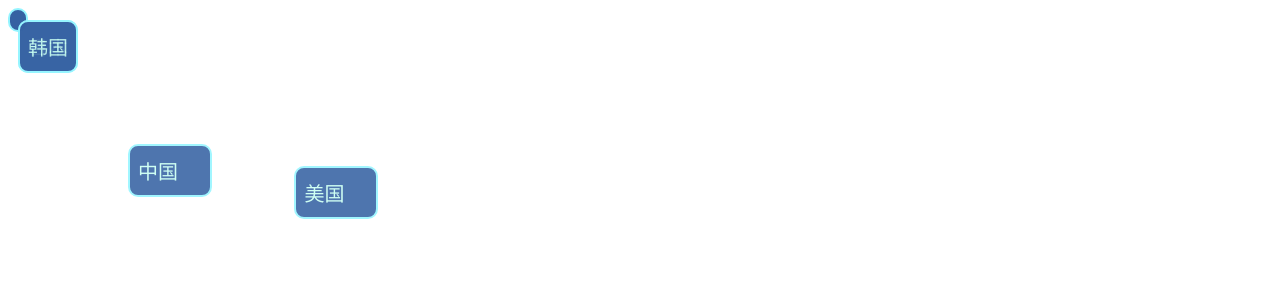
Repository: chjyume/zhongyi
Page: test.html
The author's editor kept a copy of each file at every save. The page is drawn from the files as they stood at one save, then again after the next save.
The browser window is 1280 px wide. The pictures show the whole page.

Above is the page before, as saved 2023-06-29 10:12:39.

### test.html
<!DOCTYPE html>
<html>
  <head>
    <style>
  #bubble{
    position: fixed;
    padding: 10px 8px;
    font-family:HYLeMiaoTi;
    font-size: 20px;
    color: #c0ffef;
    background: #1a4c96;
    border: 2px solid #86f3ff;
    border-radius: 10px;
    opacity: 0.88;
  }
  .t1{
    width: calc(5%);
    top: calc(20%);
    left: calc(10%);
  }
  .t2{
    width: calc(5%);
    top: calc(23%);
    left: calc(23%);
  }
    </style>
  </head>
  <body>
    <div id="chosenDiv" tabindex="1">
      <div id="bubble" tabindex="1">
        <div id="bubble" class="t1"  tabindex="1"> 中国</div>
        <div id="bubble" class="t2"  tabindex="1"> 美国</div>
        <div id="bubble" class="t3"  tabindex="1"> 日本</div>
        <div id="bubble" class="t4"  tabindex="1"> 韩国</div>
      </div>
      <div id="bubble2"class="a1" tabindex="1">
        <div id="bubble2" class="a2"  tabindex="1"> </div>
        <div id="bubble2" class="a3"  tabindex="1"> </div>
        <div id="bubble2" class="a4"  tabindex="1"> </div>
        <div id="bubble2" class="a5"  tabindex="1"> </div>
        <div id="bubble2" class="a6"  tabindex="1"> </div>
      </div>
        </div>

  </body>
</html>

After the next save:
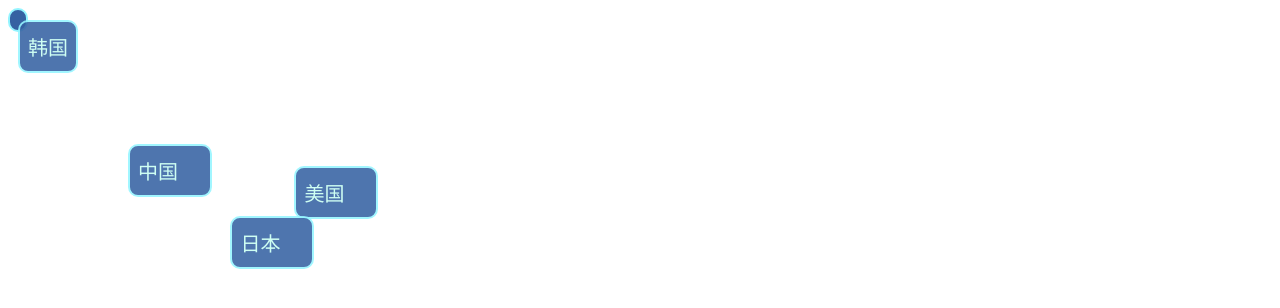
Saved 36 s later.
--- a/test.html
+++ b/test.html
@@ -23,6 +23,11 @@
     top: calc(23%);
     left: calc(23%);
   }
+  .t3{
+    width: calc(5%);
+    top: calc(30%);
+    left: calc(18%);
+  }
     </style>
   </head>
   <body>
